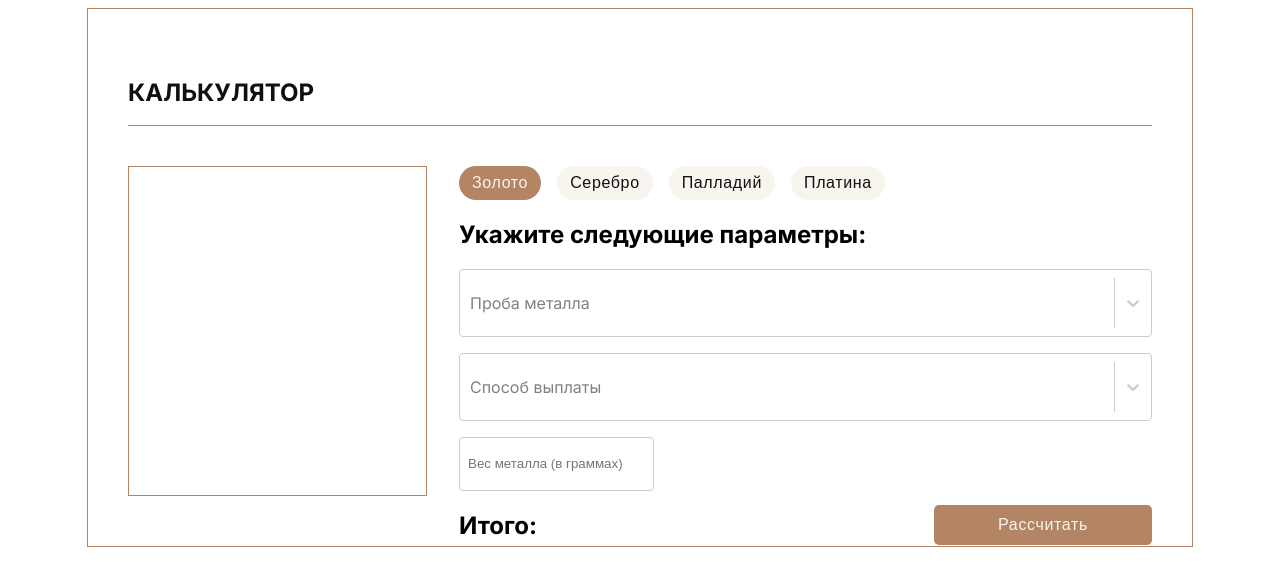
Repository: Kirill2034/Calculator-metal
Page: /
An editor plug-in stored every save of this project. The page is shown before and after the next save, followed by the edit.
The browser window is 1280 px wide. The pictures show the whole page.
The project was rebuilt for these pictures with package versions that can differ from the ones it lists, and the page was loaded fresh each time.

Above is the page before, as saved 2021-11-27 20:20:52.

### public/index.html
<!DOCTYPE html>
<html lang="en">
  <head>
    <meta charset="utf-8" />
    <meta name="viewport" content="width=device-width, initial-scale=1" />

    <link rel="preconnect" href="https://fonts.googleapis.com">
    <link rel="preconnect" href="https://fonts.gstatic.com" crossorigin>
    <link href="https://fonts.googleapis.com/css2?family=Inter:wght@300;400;500;700&display=swap" rel="stylesheet">

    <title>Калькулятор</title>
  </head>
  <body>
    <div id="root"></div>
  </body>
</html>

### src/App.js
import React, { useState } from 'react';
import './App.css';
import {BtnRadio} from './components/BtnRadio';
import Select from 'react-select';

const metals = [
  {
    id: 1,
    code: "gold",
    title: "Золото",
    finenessList: [
      {id: 1, value: 375, cash: 90, checkingAccount: 100},
      {id: 2, value: 575, cash: 190, checkingAccount: 250}
    ]
  },
  {
    id: 2,
    code: "argent",
    title: "Серебро",
    finenessList: [
      {id: 1, value: 460, cash: 290, checkingAccount: 200},
      {id: 2, value: 700, cash: 390, checkingAccount: 350}
    ]
  },
  {
    id: 3,
    code: "palladium",
    title: "Палладий",
    finenessList: [
      {id: 1, value: 800, cash: 490, checkingAccount: 400},
      {id: 2, value: 500, cash: 590, checkingAccount: 550}
    ]
  },
  {
    id: 4,
    code: "platinum",
    title: "Платина",
    finenessList: [
      {id: 1, value: 300, cash: 690, checkingAccount: 600},
      {id: 2, value: 500, cash: 790, checkingAccount: 750}
    ]
  },
]

const payments = [
  {
    value: "cash",
    label: "Наличные"
  },
  {
    value: "checkingAccount",
    label: "На расчётный счёт"
  }
]


const App = () => {
  const [metal, setMetal] = useState(metals[0]);
  const [fineness, setFineness] =  useState(null);
  const [payment, setPayment] = useState(null);
  const [gramms, setGramms] = useState('');
  const [sum, setSum] = useState('');


  const onMetalChange = (newMetalValue) => {
    setMetal(newMetalValue);

    onFinenessChange(null);
    setSum('');
  };

  const onFinenessChange = (newFinenessValue) => {
    setFineness(newFinenessValue);
  };

  const onPaymentChange = (newPaymentValue) => {
    setPayment(newPaymentValue);
  }

  const onGrammsChange = (event) => {
    setGramms(event.target.value);
  }

  const onCount = () => {
    console.log(fineness)
    console.log(payment)
    const grammPrice = fineness.value[payment.value];
    const totalSum = grammPrice * parseInt(gramms);
    setSum(totalSum)
  }


  return (
    <div className="App">
      <div className="title">
        <h2>Калькулятор</h2>
      </div>
      <div className="calculator">
        <div className="metal-image"></div>
        <div className="content">
          <div className="check-metal">
            {metals.map((item) => (
            <BtnRadio
              key={item.id}
              title={item.title}
              selected={metal.id === item.id}
              onClick={() => onMetalChange(item)}
              />
          ))}
          </div>
          <div className="select-prop-metal">
            <h2>Укажите следующие параметры:</h2>
            <Select className="select" value={fineness} onChange={onFinenessChange} options={metal.finenessList.map(item => ({value: item, label: item.value}))} placeholder="Проба металла" />
            <Select className="select" value={payment} onChange={onPaymentChange} options={payments} placeholder="Способ выплаты"/>
            <input type="number" value={gramms} onChange={onGrammsChange} placeholder="Вес металла (в граммах)"/>
          </div>
          <div className="calculate">
            <h2>Итого:{sum}</h2>
            <button onClick={onCount}>Рассчитать</button>
          </div>
        </div>
      </div>
    </div>
  );
}

export default App;

### src/App.css
.App {width: 1024px; height: 537px; border: 1px solid #B48565; margin: 0 auto; font-family: 'Inter', sans-serif; padding: 0 40px;}
.App .title {border-bottom: 1px solid #B48565; text-transform: uppercase; font-weight: 900; font-size: 16px; line-height: 24px; color: #101010; margin-top: 72px; margin-bottom: 40px;}

.App .calculator {display: flex;}
.App .calculator .metal-image {width: 30%; height: 328px; border: 1px solid #B48565; margin-right: 32px;}
.App .calculator .content {width: 70%;}
.App .calculator .calculate {display: flex; align-items: center; justify-content: space-between}
.App .calculator .calculate button {border: none; box-shadow: none; outline: none; background: #B48565; border-radius: 5px; font-weight: normal; font-size: 16px; line-height: 24px; letter-spacing: 0.04em; color: #F8F5EE; padding: 8px 64px; cursor: pointer;}
.App .calculator .select-prop-metal input {-webkit-box-align: center; align-items: center; background-color: hsl(0, 0%, 100%); border-color: hsl(0, 0%, 80%); border-radius: 4px; border-style: solid; border-width: 1px; cursor: default; display: flex; flex-wrap: wrap; -webkit-box-pack: justify; justify-content: space-between; min-height: 38px; outline: 0!important; position: relative; transition: all 100ms; box-sizing: border-box; height: 54px; padding: 2px 8px;}
.App .select {margin-bottom: 16px;}

### src/components/BtnRadio/index.js
import BtnRadio from './BtnRadio.js';
export {BtnRadio};

### src/components/BtnRadio/BtnRadio.js
import React from 'react';
import './BtnRadio.css';
import cn from "classnames";

const BtnRadio = ({title, selected, onClick}) => {
    return (
        <button
            className={cn("BtnRadio", {selected})}
            onClick={onClick}
        >{title}</button>
    )
}

export default BtnRadio;

### src/components/BtnRadio/BtnRadio.css
.BtnRadio {border: 1px solid transparent; box-shadow: none; outline: none; background: #F8F5EE; border-radius: 100px; padding: 4px 12px; color: #101010; font-weight: normal; font-size: 16px; line-height: 24px; letter-spacing: 0.04em; margin-right: 16px; cursor: pointer;}
.BtnRadio:hover {border: 1px solid #B48565; cursor: pointer;}
.BtnRadio.selected {color: #F8F5EE; background: #B48565;}

Loaded but not shown: src/index.js (common file)

After the next save:
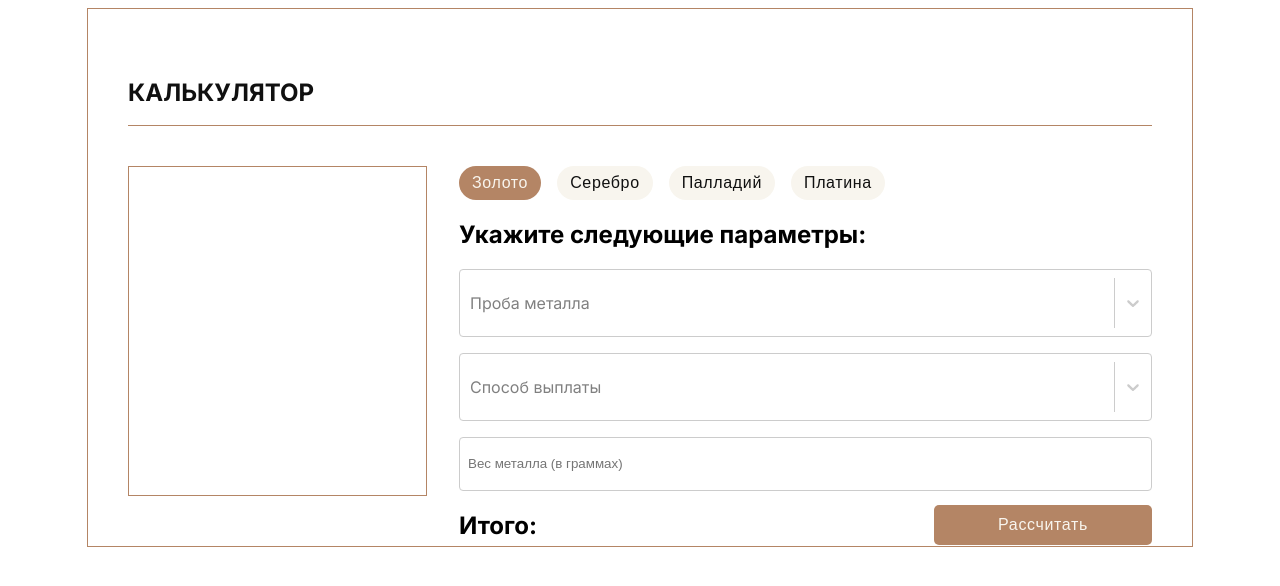
Saved 23 s later.
--- a/src/App.css
+++ b/src/App.css
@@ -6,5 +6,5 @@
 .App .calculator .content {width: 70%;}
 .App .calculator .calculate {display: flex; align-items: center; justify-content: space-between}
 .App .calculator .calculate button {border: none; box-shadow: none; outline: none; background: #B48565; border-radius: 5px; font-weight: normal; font-size: 16px; line-height: 24px; letter-spacing: 0.04em; color: #F8F5EE; padding: 8px 64px; cursor: pointer;}
-.App .calculator .select-prop-metal input {-webkit-box-align: center; align-items: center; background-color: hsl(0, 0%, 100%); border-color: hsl(0, 0%, 80%); border-radius: 4px; border-style: solid; border-width: 1px; cursor: default; display: flex; flex-wrap: wrap; -webkit-box-pack: justify; justify-content: space-between; min-height: 38px; outline: 0!important; position: relative; transition: all 100ms; box-sizing: border-box; height: 54px; padding: 2px 8px;}
+.App .calculator .select-prop-metal input {-webkit-box-align: center; align-items: center; background-color: hsl(0, 0%, 100%); border-color: hsl(0, 0%, 80%); border-radius: 4px; border-style: solid; border-width: 1px; cursor: default; display: flex; flex-wrap: wrap; -webkit-box-pack: justify; justify-content: space-between; min-height: 38px; outline: 0!important; position: relative; transition: all 100ms; box-sizing: border-box; height: 54px; padding: 2px 8px; width: 100%;}
 .App .select {margin-bottom: 16px;}
